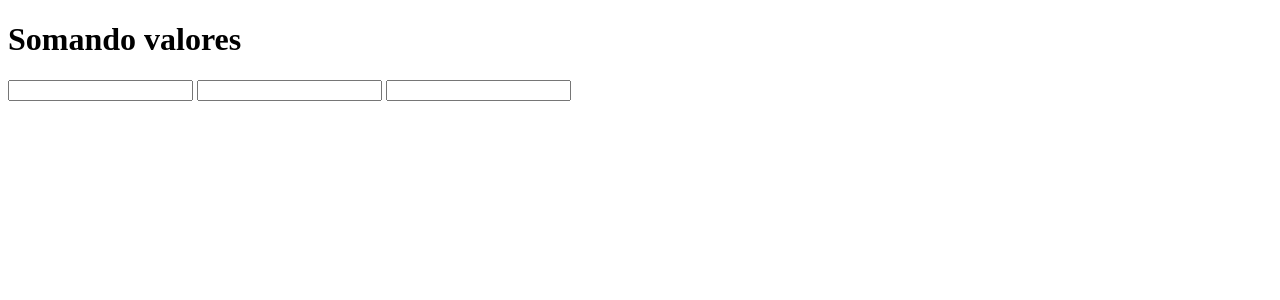
Repository: Iamjordana/Curso-JavaScript
Page: ex007/index.html
The author's editor kept a copy of each file at every save. The page is drawn from the files as they stood at one save, then again after the next save.
The browser window is 1280 px wide. The pictures show the whole page.

Above is the page before, as saved 2025-02-17 13:27:59.

After the next save:
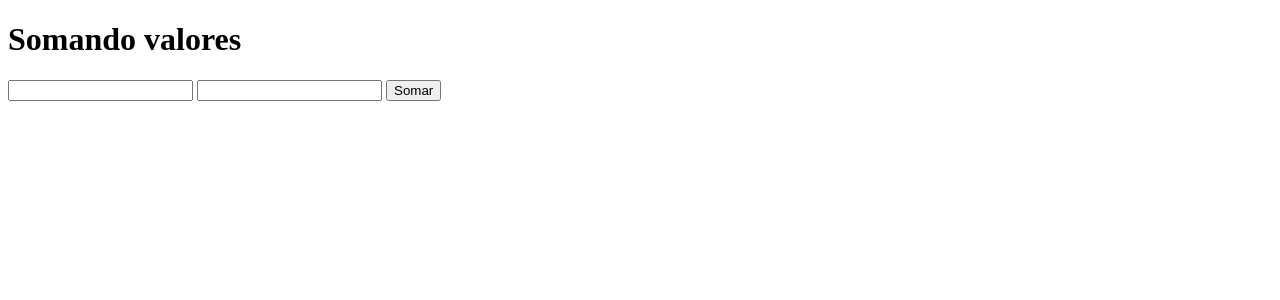
Saved 5 s later.
--- a/ex007/index.html
+++ b/ex007/index.html
@@ -9,6 +9,6 @@
     <h1>Somando valores</h1>
     <input type="number" name="txtn1" id="txtn1">
     <input type="number" name="txtn2" id="txtn2">
-    <input type="text">
+    <input type="button" value="Somar" onclick="somar()">
 </body>
 </html>
